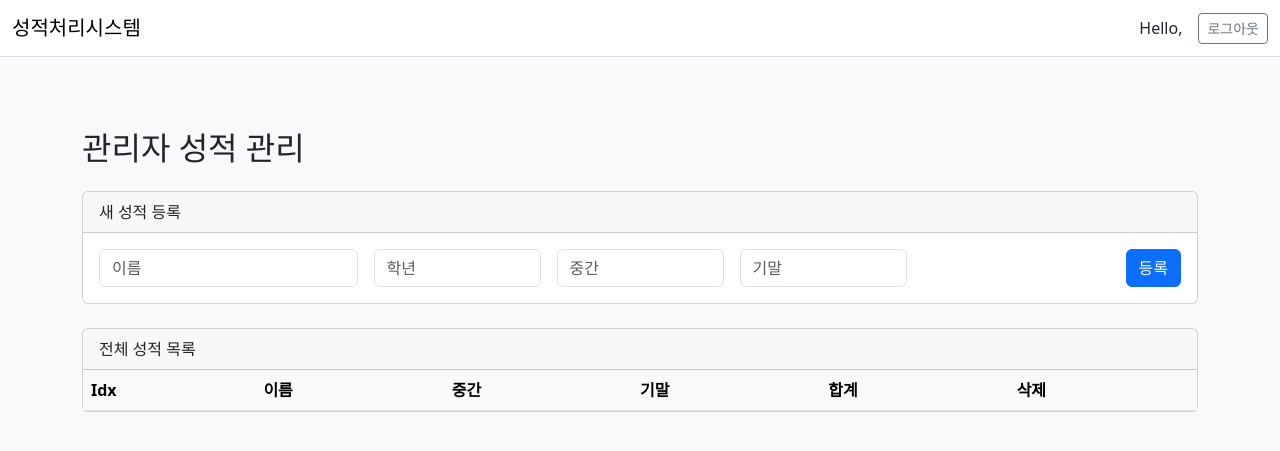
Repository: ddihn/practice-spring
Page: http://localhost/lab0611/WEB-INF/views/adminDashboard.jsp
These files come from the project's save history. The page is drawn as it stood at one moment and after a run of saves; the edit follows.
The browser window is 1280 px wide. The pictures show the whole page.
The page is served by Tomcat 9. Nobody is signed in. The template is opened directly, without the code that normally fills it, so the values that code supplies are empty.

Above is the page before, as saved 2025-06-12 08:15:32.

After the next 2 saves:
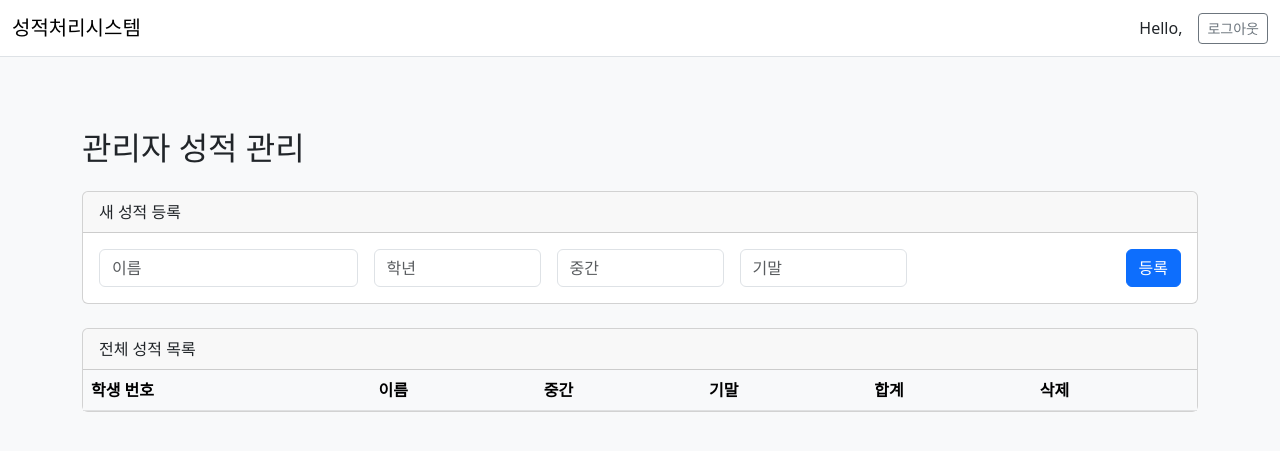
The 2 saves are shown as one change because they came seconds apart.
The last was saved 2 min 24 s later.
--- a/lab0611/src/main/webapp/WEB-INF/views/adminDashboard.jsp
+++ b/lab0611/src/main/webapp/WEB-INF/views/adminDashboard.jsp
@@ -67,7 +67,7 @@
       <table class="table table-striped mb-0">
         <thead class="table-light">
           <tr>
-            <th>Idx</th>
+            <th>학생 번호</th>
             <th>이름</th>
             <th>중간</th>
             <th>기말</th>
